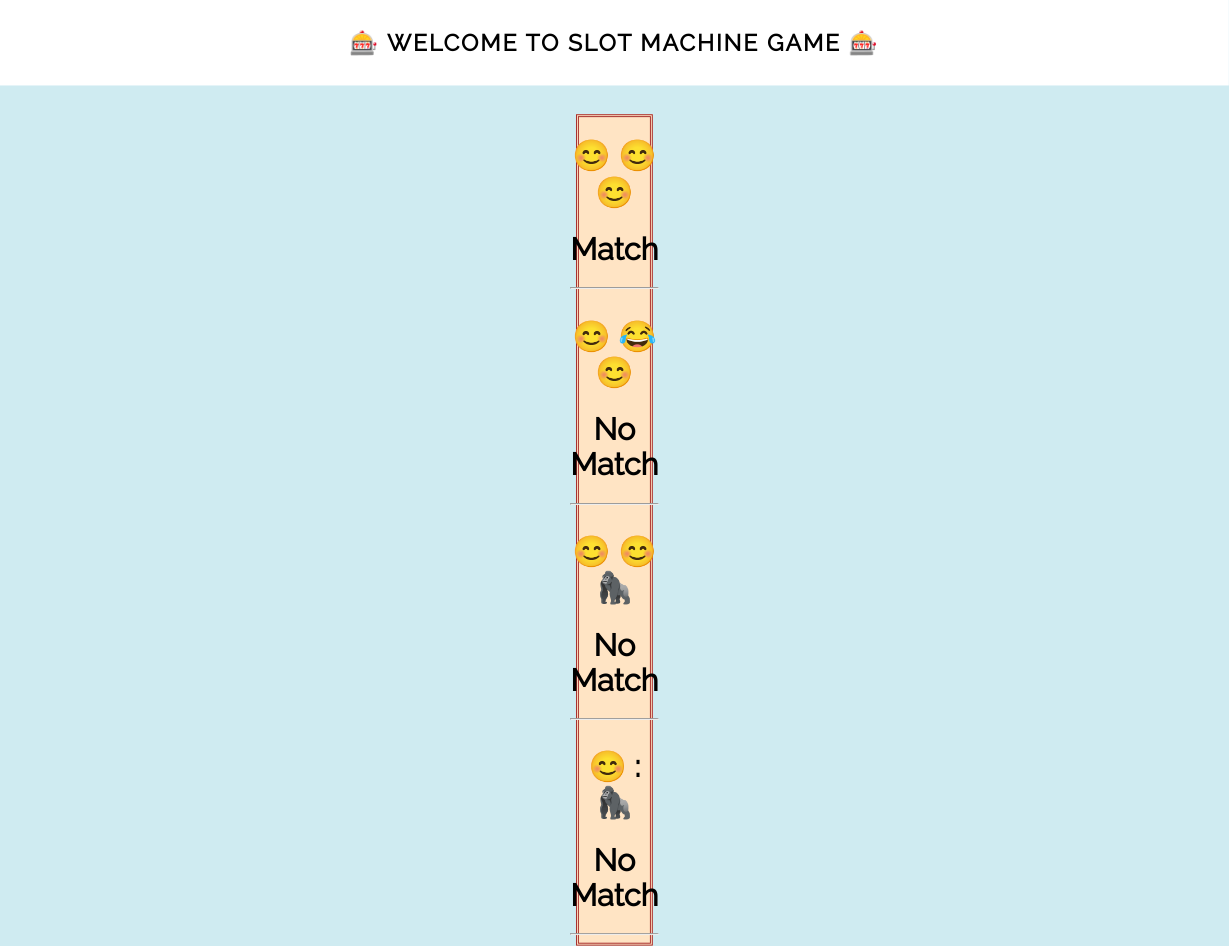
Repository: duggallakshya/slotMachineReact
Page: /
The author's editor kept a copy of each file at every save. The page is drawn from the files as they stood at one save, then again after the next save.
The browser window is 1280 px wide. The pictures show the whole page, at 96% of full size.
The project was rebuilt for these pictures with package versions that can differ from the ones it lists, and the page was loaded fresh each time.

Above is the page before, as saved 2022-03-23 18:43:44.

After the next save:
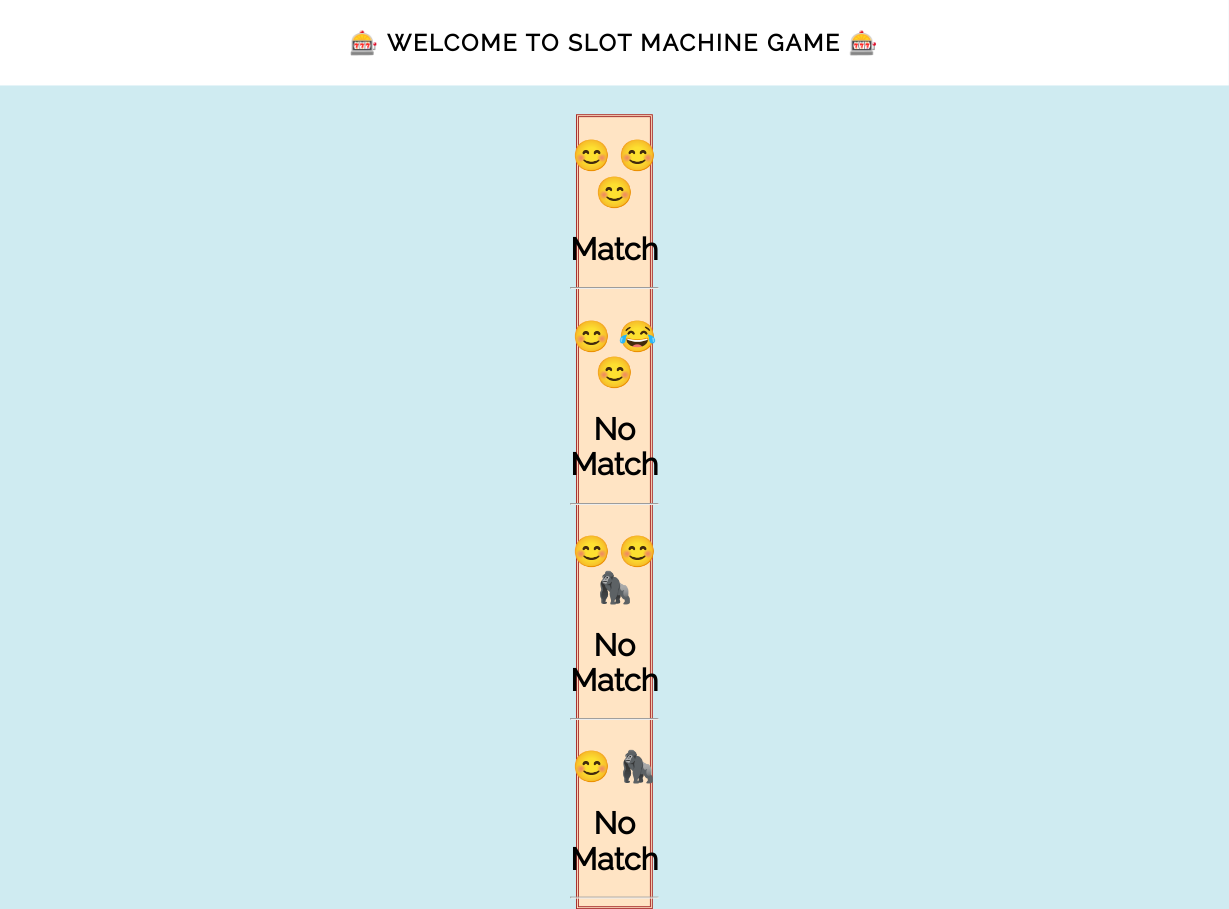
Saved 4 s later.
--- a/src/App.jsx
+++ b/src/App.jsx
@@ -9,7 +9,7 @@ const App = () => {
                 <SlotMachine x ='😊' y ='😊' z ='😊'/>
                 <SlotMachine x ='😊' y ='😂' z ='😊'/>
                 <SlotMachine x ='😊' y ='😊' z ='🦍'/>
-                <SlotMachine x ='😊' y =":" z ='🦍'/>
+                <SlotMachine x ='😊' y ="" z ='🦍'/>
             </div>
         </>
     )
